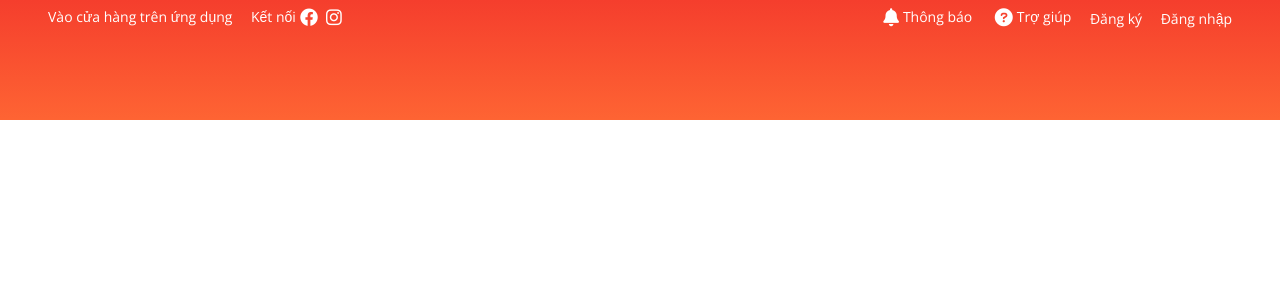
Repository: trongtamdev/Clone-Shopee-Page
Page: index.html
An editor plug-in stored every save of this project. The page is shown before and after the next save, followed by the edit.
The browser window is 1280 px wide. The pictures show the whole page.

Above is the page before, as saved 2022-07-08 14:00:53.

After the next save:
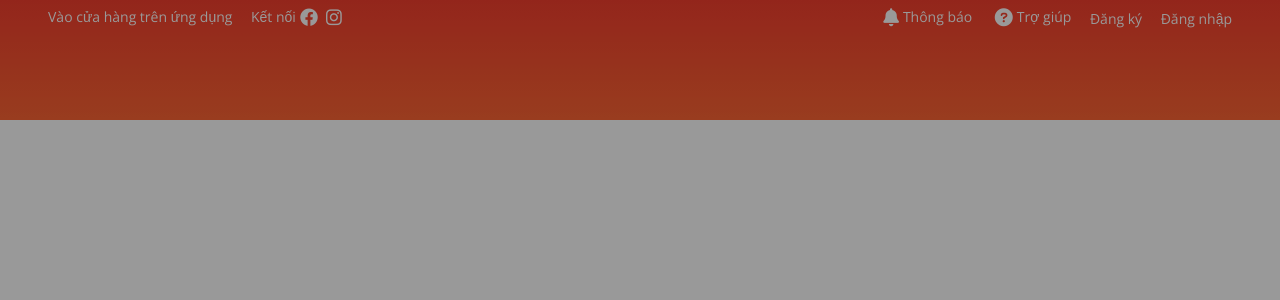
Saved 3 min 13 s later.
--- a/assets/css/base.css
+++ b/assets/css/base.css
@@ -48,3 +48,10 @@ html {
     bottom: 0;
     left: 0;
 }
+
+.modal__overlay {
+    position: absolute;
+    width: 100%;
+    height: 100%;
+    background-color: rgba(0, 0, 0, 0.4);
+}
